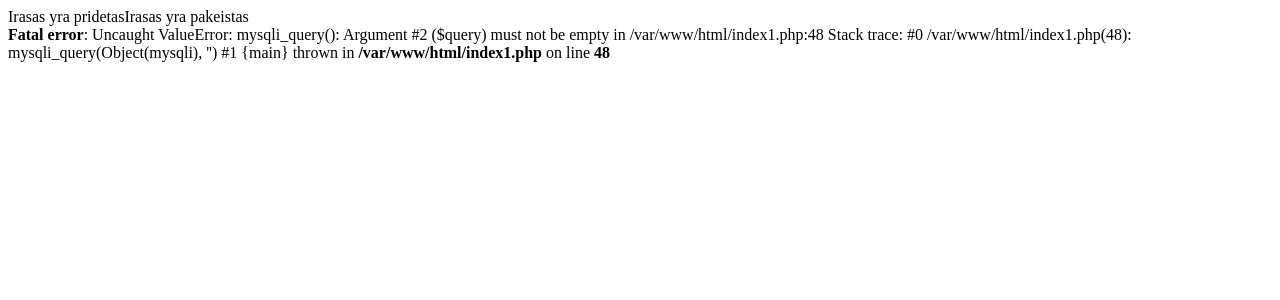
Repository: motiejus1/14-paskaita-PHP-05.31
Page: http://localhost/index1.php
An editor plug-in stored every save of this project. The page is shown before and after a run of saves, followed by the edit.
The browser window is 1280 px wide. The pictures show the whole page.
The page is run by PHP 8.4 with error messages shown; the project is at /var/www/html/. Queries for data that is not in the repository find no rows.

Above is the page before, as saved 2021-08-14 10:36:23.

After the next 2 saves:
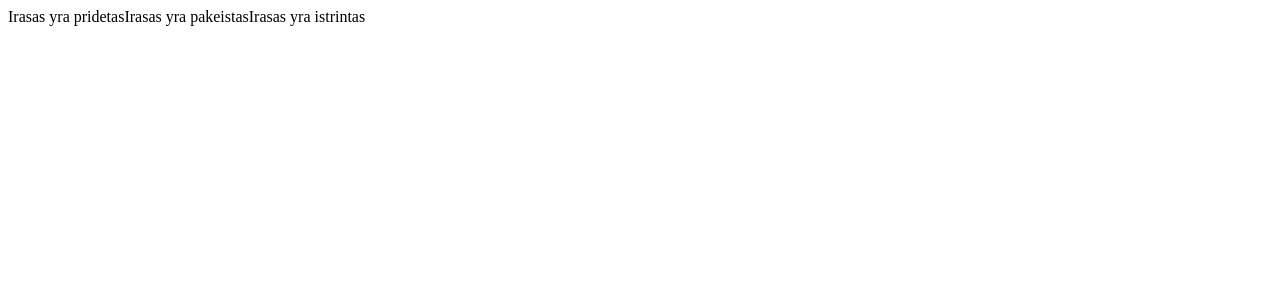
The 2 saves are shown as one change because they came seconds apart.
The last was saved 40 s later.
--- a/index1.php
+++ b/index1.php
@@ -43,7 +43,7 @@ if(mysqli_query($prisijungimas, $sql)) {
 
 //Delete
 
-$sql = "";
+$sql = "DELETE FROM `klientai` WHERE ID=7";
 
 if(mysqli_query($prisijungimas, $sql)) {
     echo "Irasas yra istrintas";
